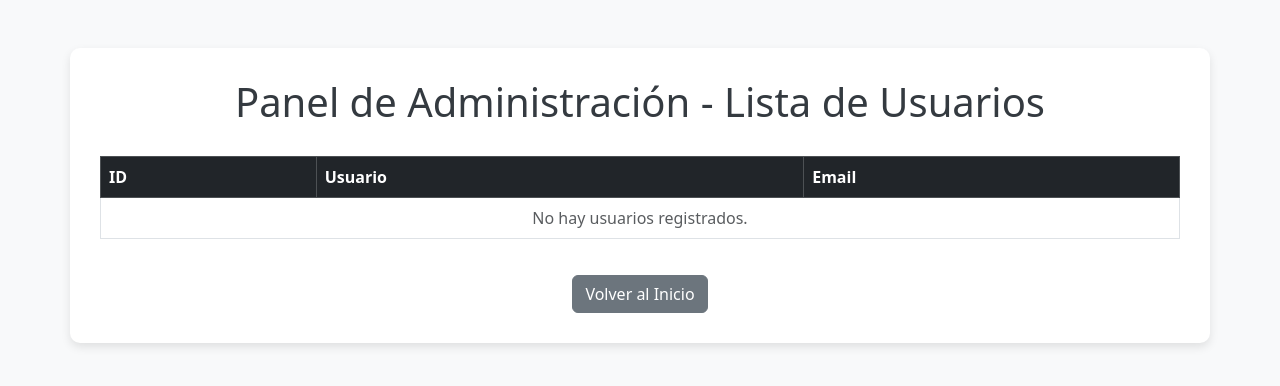
Repository: christian-racsic/ProyectoJoserra
Page: http://localhost/tienda_venta_servicios_deporte/WEB-INF/views/admin.jsp
The author's editor kept a copy of each file at every save. The page is drawn from the files as they stood at one save, then again after the next save.
The browser window is 1280 px wide. The pictures show the whole page.
The page is served by Tomcat 9. Nobody is signed in. The template is opened directly, without the code that normally fills it, so the values that code supplies are empty.

Above is the page before, as saved 2024-10-17 00:34:46.

After the next save:
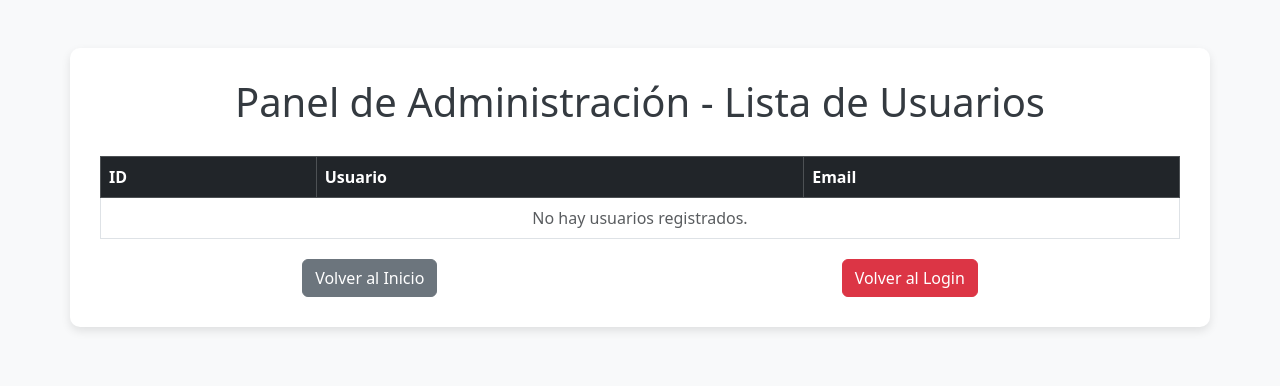
Saved 6 min 47 s later.
--- a/tienda_venta_servicios_deporte/src/main/webapp/WEB-INF/views/admin.jsp
+++ b/tienda_venta_servicios_deporte/src/main/webapp/WEB-INF/views/admin.jsp
@@ -26,8 +26,10 @@
         table {
             margin-top: 20px;
         }
-        .btn-secondary {
+        .btn-container {
             margin-top: 20px;
+            display: flex;
+            justify-content: space-around;
         }
     </style>
 </head>
@@ -68,10 +70,13 @@
             </tbody>
         </table>
 
-        <!-- Botón para volver al inicio -->
-        <div class="text-center">
+        <!-- Botones para volver al inicio o al login -->
+        <div class="btn-container">
             <a href="inicio" class="btn btn-secondary">
                 <i class="bi bi-arrow-left"></i> Volver al Inicio
+            </a>
+            <a href="login" class="btn btn-danger">
+                <i class="bi bi-box-arrow-in-left"></i> Volver al Login
             </a>
         </div>
     </div>
